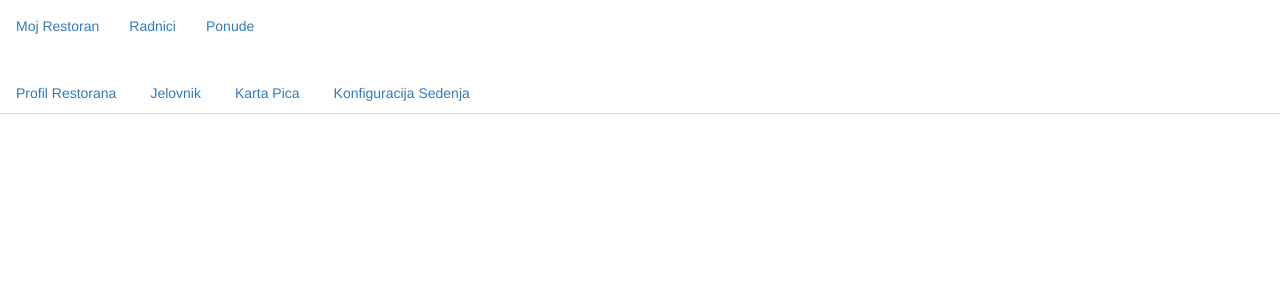
Repository: milanadam94/ISA-2016
Page: jpa-example/src/main/webapp/RestaurantManager/RestaurantManager.html
An editor plug-in stored every save of this project. The page is shown before and after the next save, followed by the edit.
The browser window is 1280 px wide. The pictures show the whole page.
The page's requests for data from a server got no answer. Some web libraries are served in a nearby version.

Above is the page before, as saved 2017-02-28 13:24:17.

### jpa-example/src/main/webapp/RestaurantManager/RestaurantManager.html
<!DOCTYPE html>
<html>
<head>
<meta charset="ISO-8859-1">
<title>Menadzer Restorana</title>

<!-- JQUERY -->
<script src="https://code.jquery.com/jquery-3.1.1.js" integrity="sha256-16cdPddA6VdVInumRGo6IbivbERE8p7CQR3HzTBuELA=" crossorigin="anonymous"></script>

<!-- BOOTSTRAP CSS -->
<link rel="stylesheet" href="https://maxcdn.bootstrapcdn.com/bootstrap/3.3.7/css/bootstrap.min.css" integrity="sha384-BVYiiSIFeK1dGmJRAkycuHAHRg32OmUcww7on3RYdg4Va+PmSTsz/K68vbdEjh4u" crossorigin="anonymous">

<!-- BOOTSTRAP THEME -->
<link rel="stylesheet" href="https://maxcdn.bootstrapcdn.com/bootstrap/3.3.7/css/bootstrap-theme.min.css" integrity="sha384-rHyoN1iRsVXV4nD0JutlnGaslCJuC7uwjduW9SVrLvRYooPp2bWYgmgJQIXwl/Sp" crossorigin="anonymous">

<!-- BOOTSTRAP JS -->
<script src="https://maxcdn.bootstrapcdn.com/bootstrap/3.3.7/js/bootstrap.min.js" integrity="sha384-Tc5IQib027qvyjSMfHjOMaLkfuWVxZxUPnCJA7l2mCWNIpG9mGCD8wGNIcPD7Txa" crossorigin="anonymous"></script>

<!-- ANGULAR JS -->
<script src="https://ajax.googleapis.com/ajax/libs/angularjs/1.6.1/angular.js"></script>

<script src="/JQuery-cookie-plugin/jquery.cookie.js"></script>

<!-- TOASTR -->
<!-- <script src="https://cdnjs.cloudflare.com/ajax/libs/toastr.js/latest/css/toastr.css"></script> -->


</head>
<body ng-app="restManager" ng-controller="restManagerController">
	<nav id="myNavbar" class="navbar">
		<ul class="nav navbar-nav">
			<li><a href="RestaurantManager.html" ng-click="getRestaurant()">Moj Restoran</a></li>
			<li><a href="RestaurantManagerWorkers.html">Radnici</a></li>
			<li><a href="RestaurantManagerOfferers.html">Ponude</a></li>
		</ul>
	</nav>
	<div>
		<div class="form-group">
			<ul class="nav nav-tabs">
				<li><a ng-click="getRestaurant()">Profil Restorana</a>
				<li><a ng-click="getFoods()">Jelovnik</a>
				<li><a ng-click="getDrinks()">Karta Pica</a>
				<li><a ng-click="konfig()">Konfiguracija Sedenja</a>
			</ul>
		</div>
		<div id="profilDiv" ng-show="profilShow">
		<form class="form-horizontal">

			<div class="form-group">
			<label class="control-label col-sm-2" >Naziv Restorana: </label><div class="col-sm-5"><input type = "text" class="form-control" id="restaurantName" ng-model="restaurant.name" value="restaurant.name" placeholder="Izmenite ime restorana"></div> <br/>
			</div>

			<div class="form-group">
			<label class="control-label col-sm-2">Vrsta: </label><div class="col-sm-5"><input type = "text" class="form-control" id="restaurantDescription" ng-model="restaurant.description" value="restaurant.description" placeholder="Izmenite opis restorana"></div> <br/>
			</div>

			<div class="form-group">
			<label class="control-label col-sm-2">Kategorija: </label>
					 <div class="col-sm-5">
						<select class="form-control" id="kategorija" ng-model="restaurant.category" title="restaurant.category">
						<option>domaca kuhinja</option>
						<option>italijanski</option>
						<option>kineski</option>
						<option>francuski</option>
						<option>vegan</option>
						</select>
					</div>
			</div> <br/>

			<div class="form-group">
			<div class="col-sm-offset-2 col-sm-10"><button type="submit" class="btn btn-success" ng-click="saveRestaurantInfo()">Sacuvaj Izmene</button></div>
			</div>

			<div class="form-group">
			<label class="control-label col-sm-2" id="errorLabel" ng-show="error" >{{errorMessage}}</label>
			</div>

		</form>
		</div>




		<div id="jelovnikDiv" ng-show="jelovnikShow" >
			<table class="table">
				<tr bgcolor="lightgrey">
					<th>Ime</th>
					<th>Opis</th>
					<th>Cena</th>
					<th>Obrisi</th>
					<th>Promeni</th>
				</tr>
				<tr ng-repeat="i in menu.foods | orderBy:'name'">
					<td><input type="text" class="form-control" ng-model="i.name"  placeholder="Promenite ime jela" > </td>
				 	<td><input type = "text" class="form-control" ng-model="i.description" placeholder="Promenite opis jela" value="{{ i.description }}"> </td>
					<td> <input type = "number" class="form-control" ng-model="i.price" placeholder="Promenite cenu jela" value="{{ i.price }} "></td>
					<td> <button type="submit" id="{{ i.id }}"  class="btn btn-danger" ng-click="deleteFood( i.id )" >Obrisi</button></td>
					<td> <button type="submit" id="{{ i.id }}"  class="btn btn-warning" ng-click="changeFood( i.id )" >Promeni</button></td>

				</tr>
			</table>
			<br/><br/>
			<form class="form-horizontal">

			<div class="form-group">
			<label class="control-label col-sm-2">Ime: </label><div class="col-sm-5"><input type = "text" class="form-control" id="imeNovogJela" ng-model="newFood.name" placeholder="Unesite ime jela"></div> <br/>
			</div>

			<div class="form-group">
			<label class="control-label col-sm-2">Opis: </label><div class="col-sm-5"><input type = "text" class="form-control" id="opisNovogJela" ng-model="newFood.description"  placeholder="Unesite opis jela"></div> <br/>
			</div>


			<div class="form-group">
			<label  class="control-label col-sm-2">Cena: </label><div class="col-sm-5"><input type = "number" min=0 class="form-control" id="cenaNovogJela" ng-model="newFood.price"  placeholder="Unesite cenu jela"></div> <br/>
			</div>

			<div class="form-group">
			<div class="col-sm-offset-2 col-sm-10"><button type="submit" class="btn btn-success" ng-click="addFood()" >Dodaj Jelo</button></div>
			</div>

			</form>
		</div>
		<div id="picaDiv" ng-show="picaShow">
			<table class="table">
				<tr bgcolor="lightgrey">
					<th>Ime</th>
					<th>Opis</th>
					<th>Cena</th>
					<th>Obrisi</th>
					<th>Promeni</th>
				</tr>
				<tr ng-repeat="i in menu.drinks | orderBy:'name'">
					<td><input type="text" class="form-control" ng-model="i.name"  placeholder="Promenite ime pica" > </td>
				 	<td><input type = "text" class="form-control" ng-model="i.description" placeholder="Promenite opis pica" value="{{ i.description }}"> </td>
					<td> <input type = "number" class="form-control" ng-model="i.price" placeholder="Promenite cenu pica" value="{{ i.price }} "></td>
					<td> <button type="submit" id="{{ i.id }}"  class="btn btn-danger" ng-click="deleteDrink( i.id )" >Obrisi</button></td>
					<td> <button type="submit" id="{{ i.id }}"  class="btn btn-warning" ng-click="changeDrink( i.id )" >Promeni</button></td>

				</tr>
			</table>
			<br/><br/>
			<form class="form-horizontal">

			<div class="form-group">
			<label class="control-label col-sm-2">Ime: </label> <div class="col-sm-5"><input type = "text" class="form-control" id="imeNovogPica" ng-model="newDrink.name" placeholder="Unesite ime pica"></div> <br/>
			</div>

			<div class="form-group">
			<label class="control-label col-sm-2">Opis:</label> <div class="col-sm-5"><input type = "text" class="form-control" id="opisNovogPica" ng-model="newDrink.description"  placeholder="Unesite opis pica"></div> <br/>
			</div>

			<div class="form-group">
			<label  class="control-label col-sm-2">Cena: </label><div class="col-sm-5"><input type = "number" class="form-control" min=0 class="form-control" id="cenaNovogPica" ng-model="newDtrink.price"  placeholder="Unesite cenu pica"></div> <br/>
			</div>

			<div class="form-group">
			<div class="col-sm-offset-2 col-sm-10"><button type="submit" class="btn btn-success" ng-click="addDrink()" >Dodaj Pice</button></div>
			</div>

			</form>
		</div>


		<!--  DODAVANJE SEGMENTA -->

		<div id="konfiguracijaDiv" ng-show="konfiguracijaShow">

			<form class="form-horizontal">
			<div class="form-group">
			<label class="control-label col-sm-2" >Naziv Segmenta: </label> <div class="col-sm-5">  <input type="text" class="form-control" ng-model="newSegment.name" palceholder="Unesite naziv segmenta"> </input></div><br/>
			</div>
			<div class="form-group">
			<label class="control-label col-sm-2">Dozvoljeno Pusenje: </label><div class="col-sm-2"><input type="checkbox" class="form-control" ng-model="newSegment.smoking"></input> </div><br/><br/>
			</div>
			<div class="form-group">
			<div class="col-sm-offset-2 col-sm-10"><button type="submit" class="btn btn-success" ng-click="addKonfig()">Dodaj Segment</button></div>
			</div>

			</form>


			<br/><br/>

			<!-- CANVASSS ============ -->


		<canvas id="canvas" class="canvas" ng-click="draw($event)">
			Vas browser ne podrzava graficki prikaz!
		</canvas>



		</div>
	</div>
</body>


<!-- ANGULAR SCRIPT -->
<script src="RestaurantManager.js"></script>


</html>

### jpa-example/src/main/webapp/RestaurantManager/RestaurantManager.js
angular.element(document).ready(function () {
    console.log('page loading completed');
});
var restManager = angular.module('restManager', []).config(['$qProvider', '$httpProvider', function ($qProvider, $httpProvider)  {
    $qProvider.errorOnUnhandledRejections(false);

}]).run(['$rootScope', '$http', '$window', function ($rootScope, $http, $window) {

	//namestiti dole u funckcijama gde treba user.email kada se ovo namesti!
	if (typeof $.cookie('user') !== 'undefined') {
		user = JSON.parse($.cookie('user'));

		if(user.userType == "GUEST") {
			$window.location.href = "/GuestPage/GuestPage.html";
		}
		// DALJE
	}



}]);



restManager.controller('restManagerController', [ '$scope', 'konfService', 'drinkService', 'restaurantInfoService', 'foodService', function($scope, konfService, drinkService, restaurantInfoService, foodService ){

	$scope.newFood = {
			name: "",
			description: "",
			price: 0
	}

	$scope.newDrink = {
			name: "",
			description: "",
			price: 0
	}


	setShows = function(profilShow, picaShow, jelovnikShow, konfiguracijaShow){
		$scope.profilShow = profilShow;
		$scope.picaShow = picaShow;
		$scope.jelovnikShow = jelovnikShow;
		$scope.konfiguracijaShow = konfiguracijaShow;
	}
	setShows(false,false,false,false);

	$scope.error = false;
	$scope.errorMessage = "";

	restaurantInfoService.getRestaurant($scope.user).then(
			function(response){
				$scope.restaurant = response.data;

				if(response.data.name == null){
					alert("Restoran nije pronadjen!");
				}
			}
	);


	$scope.getRestaurant = function() {
			if($scope.restaurant.name != null){
				setShows(true, false, false, false);
			}else{
				alert("Restoran nije pronadjen!");
			}

	}


	$scope.getFoods = function(){
		restaurantInfoService.getMenu($scope.user, $scope.restaurant).then(
				function(response){

					if(response.data != null){
						setShows(false, false, true, false);
						$scope.menu = response.data;
					}else{
						alert("Meni nije pronadjen!");
					}

				}
		);

	}

	$scope.changeFood = function(foodID){
		selectedFood = "";

		angular.forEach($scope.menu.foods, function(value){
			if(value.id == foodID){
				selectedFood = value;
			}

		})

		if(selectedFood.name == "" || selectedFood.price < 0 || $scope.restaurant == null){
			alert("Ime ne sme biti prazno. Cena ne sme biti manja od 0");
			return;
		}

		foodService.saveChanges(selectedFood, $scope.menu);

	}


	$scope.addFood = function(){

		if($scope.newFood.name == "" || $scope.newFood.price < 0 || $scope.restaurant == null){
			alert("Ime ne sme biti prazno i cena ne sme biti manja od 0!");
			return;
		}

		foodService.addFood($scope.newFood, $scope.menu);
		restaurantInfoService.getMenu($scope.user, $scope.restaurant).then(
				function(response){

					if(response.data != null){
						$scope.menu = response.data;
						location.reload();
					}else{
						alert("Meni nije pronadjen!");
					}

				}
			);


	}


	$scope.deleteFood = function(foodID){

		foodService.deleteFood(foodID, $scope.menu);
		restaurantInfoService.getMenu($scope.user, $scope.restaurant).then(
			function(response){

				if(response.data != null){
					$scope.menu = response.data;
					location.reload();
				}else{
					alert("Meni nije pronadjen!");
				}

			}
		);


	}



	$scope.getDrinks = function(){
		restaurantInfoService.getMenu($scope.user, $scope.restaurant).then(
				function(response){

					if(response.data != null){
						setShows(false, true, false, false);
						$scope.menu = response.data;
					}else{
						alert("Meni nije pronadjen!");
					}

				}
		);

	}


	$scope.addDrink = function(){

		if($scope.newDrink.name == "" || $scope.newDrink.price < 0 || $scope.restaurant == null){
			alert("Ime ne sme biti prazno i cena ne sme biti manja od 0!");
			return;
		}

		drinkService.addDrink($scope.newDrink, $scope.menu);
		restaurantInfoService.getMenu($scope.user, $scope.restaurant).then(
				function(response){

					if(response.data != null){
						$scope.menu = response.data;
						location.reload();
					}else{
						alert("Meni nije pronadjen!");
					}

				}
			);
	}

	$scope.changeDrink = function(drinkID){
		selectedDrink = "";

		angular.forEach($scope.menu.drinks, function(value){
			if(value.id == drinkID){
				selectedDrink = value;
			}

		})

		if(selectedDrink.name == "" || selectedDrink.price < 0 || $scope.restaurant == null){
			alert("Ime ne sme biti prazno. Cena ne sme biti manja od 0");
			return;
		}

		drinkService.saveChanges(selectedDrink, $scope.menu);

	}

	$scope.deleteDrink = function(drinkID){
		drinkService.deleteDrink(drinkID, $scope.menu);
		restaurantInfoService.getMenu($scope.user, $scope.restaurant).then(
			function(response){

				if(response.data != null){
					$scope.menu = response.data;
					location.reload();
				}else{
					alert("Meni nije pronadjen!");
				}

			}
		);
	}


	// ===============================================================

	$scope.newSegment = {
			name: "",
			smoking: false
	}

	$scope.getKonf = function(){


	}


	$scope.addKonfig = function(){

		if($scope.newSegment.name == "" || $scope.restaurant == null){
			alert("Neispravan unos ili restoran nije pronadjen")
			return;
		}

		konfService.addSegment($scope.newSegment, $scope.restaurant.id).then(
				function(response){
					alert(response.data);

					$scope.newSegment.name = "";
					$scope.smoking = false;
				}
		);


	}




	$scope.konfig = function(){
		setShows(false,false,false,true);



	}


	$scope.saveRestaurantInfo = function() {

		if($scope.profilShow){
			if($scope.restaurant.name == "" || $scope.restaurant.description == ""){
				$scope.error = true;
				$scope.errorMessage = "Ne moze biti prazno!";
				return;
			}else{
				$scope.error = false;
				$scope.errorMessage = "";
			}
			restaurantInfoService.saveChanges($scope.restaurant, $scope.user);


		}else if ($scope.jelovnikShow) {


		}else if ($scope.piceShow){

		}else if ($scope.konfiguracijaShow){

		}else {
			alert("Error! Nothing selected.");
		}

	}

	// KANVAS ====================================================
	$scope.draw = function(event) {
    	var canvas = document.getElementById('canvas');
    	var context = canvas.getContext('2d');

    	var rect = canvas.getBoundingClientRect();
        var x = event.clientX - rect.left;
        var y = event.clientY - rect.top; var rect = canvas.getBoundingClientRect(),
        scaleX = canvas.width / rect.width,    // relationship bitmap vs. element for X
        scaleY = canvas.height / rect.height;  // relationship bitmap vs. element for Y

	    x = (event.clientX - rect.left) * scaleX,   // scale mouse coordinates after they have
	    y = (event.clientY - rect.top) * scaleY     // been adjusted to be relative to element
	    //  context.clearRect(0, 0, canvas.width, canvas.height);


	    xIndex = x/30.0 + 1;
	    yIndex = y/30.0 + 1;
	    xIndex = Math.floor(xIndex);
	    yIndex = Math.floor(yIndex);

	    $scope.tablesReservedThen.forEach(function(table) {
			if(table.xCoord == xIndex && table.yCoord == yIndex) {
				return;
			}
		})

		startX = x/30.0 + 1;
	    startY = y/30.0 + 1;
	    startX = Math.floor(startX)*30 -30;
	    startY = Math.floor(startY)*30 -30;

		$scope.restaurantTables.forEach(function(table) {
			if(table.xCoord == xIndex && table.yCoord == yIndex && $scope.reserved.indexOf(table) == -1) {
				context.globalAlpha = 0.3;
				context.fillStyle="#7d9e7d";
				context.fillRect(startX, startY, 30, 30);
				$scope.reserved.push(table);
			}
		})


        console.log("x: " + x + " y: " + y);
  }


	$scope.drawCanvas = function() {

		if($scope.reservationDateTime == undefined || $scope.reservationDateTime == null
				|| $scope.reservationDuration == undefined || $scope.reservationDuration == null) {
			//toastr.options.timeOut = 1500;
			//toastr.warning("Izaberite datum, vreme i trajanje rezervacije.");
			return;
		}
		$scope.reserved = [];
		$scope.tablesReservedThen = [];
		var canvas = document.getElementById('canvas');
    	var context = canvas.getContext('2d');
    	context.clearRect(0, 0, canvas.width, canvas.height);
    	for(var j = 0; j < 5; j++)
    	{
	    	for(var i=0; i < 10; i++)
	    	{
	    		context.rect(i*30 ,j*30 ,30,30);
	            context.stroke();
	    	}
    	}
    	$scope.restaurantTables.forEach(function(table) {
    			x = parseFloat(table.xCoord)*30 - 30;
 		    	y = parseFloat(table.yCoord)*30 - 30;
 		    	 context.globalAlpha = 1.0;
 		    	context.fillStyle="#000000";
 		    	context.font="20px Arial";
 			    context.fillText(table.tag, x + 8, y + 22);
		  });

    	var selectedDate = new Date($scope.reservationDateTime);
    	var hours = selectedDate.getHours();
    	if(hours == 0)
    		hours = 24;
    	var selectedMinutes = selectedDate.getMinutes() + hours * 60;
    	var duration = $scope.reservationDuration;
    	$scope.restaurantReservations.forEach(function(reservation) {
    			var resDate = new Date(reservation.reservationDateTime);
    			hours = resDate.getHours();
    			if(hours == 0)
    				hours = 24;
    			var resMinutes = resDate.getMinutes() + hours * 60;
    			var resDuration = reservation.duration;
    			var check = true;
    			if(resDate.getDate() == selectedDate.getDate() && resDate.getMonth() == selectedDate.getMonth() && resDate.getFullYear() == selectedDate.getFullYear()) {
    				for(var i = 0; i <= duration; i ++){
    					console.log(selectedMinutes + i*60)
    					console.log(resMinutes + resDuration * 60)
    					console.log(selectedMinutes + i*60)
    					console.log(resMinutes)
    					if((selectedMinutes + i*60) <= (resMinutes + resDuration * 60) && (selectedMinutes + i*60) >= resMinutes) {
    						check = false;
    						break;
    					}
    				}
    			}
    			if(!check) {
    				reservation.tables.forEach(function(table) {
    					$scope.tablesReservedThen.push(table);
    					x = parseFloat(table.xCoord)*30 - 30;
    	 		    	y = parseFloat(table.yCoord)*30 - 30;
    					context.globalAlpha = 0.2;
					    context.fillStyle="#FF0000";
					    context.fillRect(x,y,30,30);
					    context.globalAlpha = 1.0;
    				})
    			}
    	})

    	$scope.showCanvas = true;
	}


}]);








restManager.service('restaurantInfoService',['$window', '$http', function($window, $http){
	this.getRestaurant = function(user){
		return $http.get("../restManager/myRestaurant/1"); // ================================= OVDE NAMESTITI EMAIL USERA
	}

	this.saveChanges = function(restaurant, user){

		$http({
			  method: 'POST',
			  data : $.param(restaurant),
		      url : "../restManager/saveRestaurantInfo/1" // =================================== OVDE NAMESTITI EMAIL USERA
		}).then(function success(response) {
					alert("Success!");
			  }, function error(response) {
				  	alert("Error!");
			  }
			);
	};

	this.getMenu = function (user, restaurant){
		return $http({
			method: 'POST',
			data : $.param(restaurant),
			url: "../restManager/getMenu/1"  // ==================== user.mail
		});
	}


}]);

restManager.service('foodService',['$window', '$http', function($window, $http){

	this.saveChanges = function (food, menu){
		$http({
			method: 'POST',
			data: $.param(food),
			url: "../restManager/changeFood/" + menu.id
		}).then(function success() {
			alert("Uspesno promenjeno!");
		  }, function error() {
			  	alert("Error!");
		  }

		);
	}

	this.addFood = function (newFood, menu){
		$http({
			method: 'POST',
			data: $.param(newFood),
			url: "../restManager/addFood/"+menu.id
		});

	}

	this.deleteFood = function (foodID, menu){
		$http({
			method: 'DELETE',
			url: "../restManager/deleteFood/"+foodID+"/"+menu.id
		});
	}

}]);

restManager.service('drinkService', ['$window', '$http', function($window, $http){

	this.saveChanges = function (drink, menu){
		$http({
			method: 'POST',
			data: $.param(drink),
			url: "../restManager/changeDrink/" + menu.id
		}).then(function success() {
			alert("Uspesno promenjeno!");
		  }, function error() {
			  	alert("Error!");
		  }

		);
	}

	this.deleteDrink = function(drinkID, menu){
		$http({
			method: 'DELETE',
			url: "../restManager/deleteDrink/"+drinkID+"/"+menu.id
		});
	}

	this.addDrink = function (newDrink, menu){
		$http({
			method: 'POST',
			data: $.param(newDrink),
			url: "../restManager/addDrink/"+menu.id
		});
	}

}]);

restManager.service('konfService', ['$window', '$http', function($window, $http){

	this.addSegment = function(newSegment, restoranID){
		return $http({
			method: 'POST',
			data: newSegment,
			url: "../restManager/addSegment/"+restoranID
		});

	}

	this.getKonf;
	this.saveChanges;
	this.addKonf;

}]);

Loaded but not shown: jpa-example/src/main/webapp/JQuery-cookie-plugin/jquery.cookie.js (library)

After the next save:
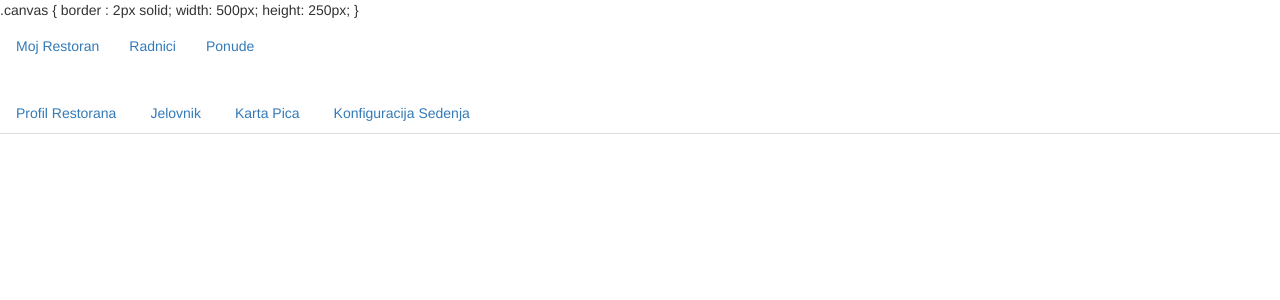
Saved 30 s later.
--- a/jpa-example/src/main/webapp/RestaurantManager/RestaurantManager.html
+++ b/jpa-example/src/main/webapp/RestaurantManager/RestaurantManager.html
@@ -24,6 +24,11 @@
 <!-- TOASTR -->
 <!-- <script src="https://cdnjs.cloudflare.com/ajax/libs/toastr.js/latest/css/toastr.css"></script> -->
 
+.canvas {
+	border : 2px solid;
+	width: 500px;
+	height: 250px;
+}
 
 </head>
 <body ng-app="restManager" ng-controller="restManagerController">

After the save that followed:
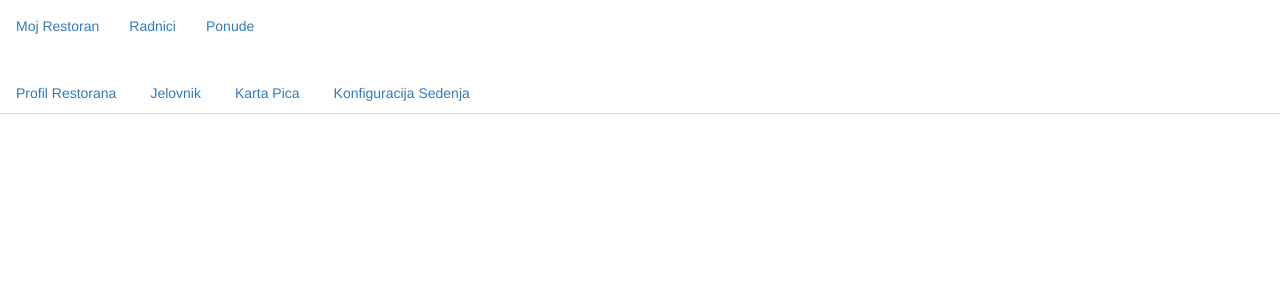
Saved 17 s later.
--- a/jpa-example/src/main/webapp/RestaurantManager/RestaurantManager.html
+++ b/jpa-example/src/main/webapp/RestaurantManager/RestaurantManager.html
@@ -23,13 +23,13 @@
 
 <!-- TOASTR -->
 <!-- <script src="https://cdnjs.cloudflare.com/ajax/libs/toastr.js/latest/css/toastr.css"></script> -->
-
+<style>
 .canvas {
 	border : 2px solid;
 	width: 500px;
 	height: 250px;
 }
-
+</style>
 </head>
 <body ng-app="restManager" ng-controller="restManagerController">
 	<nav id="myNavbar" class="navbar">
